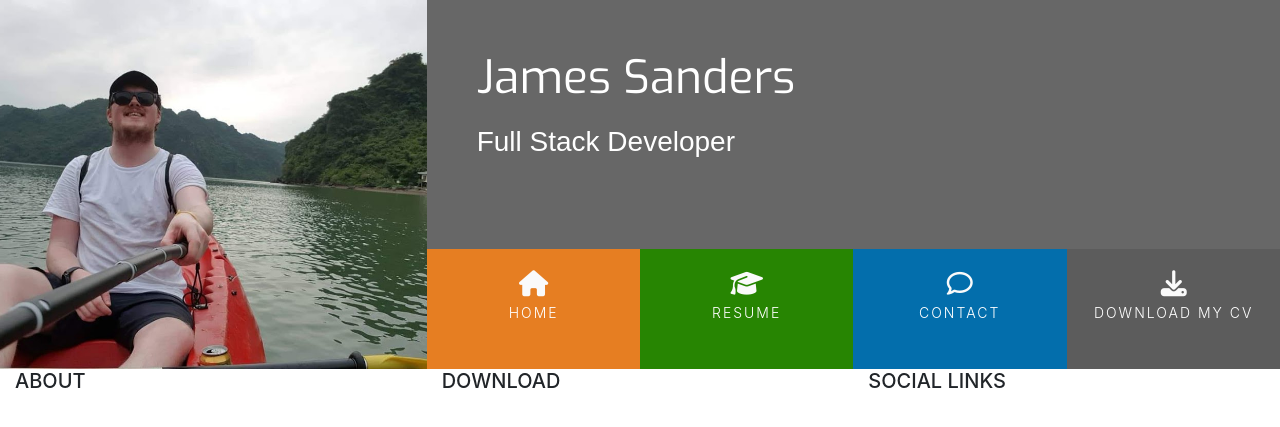
Repository: JaySanders95/my-online-resume
Page: index.html
The author's editor kept a copy of each file at every save. The page is drawn from the files as they stood at one save, then again after the next save.
The browser window is 1280 px wide. The pictures show the whole page.
Some web fonts or font styles are not loaded; a fallback is used. Some web libraries are served in a nearby version.

Above is the page before, as saved 2023-04-19 17:36:29.

### index.html
<!DOCTYPE html>
<html lang="en">
<head>
    <meta charset="UTF-8">
    <meta http-equiv="X-UA-Compatible" content="IE=edge">
    <meta name="viewport" content="width=device-width, initial-scale=1.0">
    <link rel="stylesheet" href="https://cdn.jsdelivr.net/npm/@fortawesome/fontawesome-free@6.2.1/css/fontawesome.min.css" integrity="sha384-QYIZto+st3yW+o8+5OHfT6S482Zsvz2WfOzpFSXMF9zqeLcFV0/wlZpMtyFcZALm" crossorigin="anonymous">
    <link rel="stylesheet" href="https://cdn.jsdelivr.net/npm/bootstrap@4.6.2/dist/css/bootstrap.min.css" integrity="sha384-xOolHFLEh07PJGoPkLv1IbcEPTNtaed2xpHsD9ESMhqIYd0nLMwNLD69Npy4HI+N" crossorigin="anonymous">
    <link rel="stylesheet" href="assets/css/style.css">
    <link rel="stylesheet" href="https://cdnjs.cloudflare.com/ajax/libs/hover.css/2.3.1/css/hover-min.css" integrity="sha512-csw0Ma4oXCAgd/d4nTcpoEoz4nYvvnk21a8VA2h2dzhPAvjbUIK6V3si7/g/HehwdunqqW18RwCJKpD7rL67Xg==" crossorigin="anonymous" referrerpolicy="no-referrer" />
    <title>James Sanders' Resume</title>
</head>
<body>
    <header>
        <div class="row no-gutters">
            <a href="index.html" class="col-md-4 logo">

            </a>
            <div class="col-md-8">
                <div class="row bg-color-name-title no-gutters">
                    <div class="col heading">
                        <h1 class="name">James Sanders</h1>
                        <h2 class="title">Full Stack Developer</h2>

                    </div>
                </div>
                <div class="row no-gutters">
                    <div class="col">
                        <ul id="nav" class="list-inline menucontainer">
                            <li class="col-6 col-sm-3 ui-menu-color-home list-inline-item menuitem">
                                <a href="#" class="hvr-bounce-to-bottom"><i class="fa fa-home" aria-hidden="true"></i><span>Home</span></a>
                            </li>
                            <li class="col-6 col-sm-3 ui-menu-color-resume list-inline-item menuitem">
                                <a href="#" class="hvr-bounce-to-bottom"><i class="fa fa-graduation-cap" aria-hidden="true"></i><span>Resume</span></a>
                            </li>
                            <li class="col-6 col-sm-3 ui-menu-color-contact list-inline-item menuitem">
                                <a href="#" class="hvr-bounce-to-bottom"><i class="fa fa-comment-o" aria-hidden="true"></i><span>Contact</span></a>
                            </li>
                            <li class="col-6 col-sm-3 ui-menu-color-download list-inline-item menuitem">
                                <a href="#" class="hvr-bounce-to-bottom"><i class="fa fa-download" aria-hidden="true"></i><span>Download my CV</span></a>
                            </li>
                        </ul>
                    </div>
                </div>
            </div>
        </div>
    </header>
    <section>

    </section>
    <footer class="container-fluid">
        <div class="row">
            <div class="col-sm-4">
                <h5 class="uppercase general-sub">About</h5>
            </div>
            <div class="col-sm-4">
                <h5 class="uppercase general-sub">Download</h5>
            </div>
            <div class="col-sm-4">
                <h5 class="uppercase general-sub">Social links</h5>
            </div>
        </div>

    </footer>
    <script src="https://kit.fontawesome.com/c80cd6a143.js" crossorigin="anonymous"></script>
</body>
</html>

### assets/css/style.css
@import url('https://fonts.googleapis.com/css2?family=Anuphan:100,200,300,400,500,600,700wght@300&family=Exo:100,200,300,400,500,600,700ital,wght@1,300&display=swap');


/* ------- Colours ---------*/

.bg-color-name-title {
    background-color:#676767;
}


.ui-menu-color-home {
    background-color: #e67e22;
}

.ui-menu-color-resume {
    background-color: #278502;
}

.ui-menu-color-contact {
    background-color: #036eac;
}

.ui-menu-color-download {
    background-color: #5c5c5c;
}

/* ------- Special paddings/margins/text ---------*/

h1,h2,h3,h4 {
    margin: 0;
}

.uppercase {
    text-transform: uppercase;
}

.general-sub {

}


/* ------- Headers ---------*/
header {
    margin: 0;
}

.heading {
    margin-left: 50px;
}

.logo {
    background: url(../images/me.png);
    background-position: center;
    background-repeat: no-repeat;
    background-size: cover;
    min-height: 360px;
    transition: all .5s ease-in-out;
    -moz-transition: all .5s ease-in-out;
    -webkit-transition: all .5s ease-in-out;
}

.name {
    font-family: 'Exo', sans-serif;
    font-weight: 100;
    font-size: 46px;
    margin-top: 50px;
    color: #fff;
}

.title {
    font-family: 'Anuphan', sans-serif;
    font-weight: 200;
    font-size: 28px;
    margin-top: 20px;
    margin-bottom: 90px;
    color: #fff;
}

.list-inline-item:not(:last-child) {
    margin: 0;
}

.menucontainer {
    font-size: 0;
}

#nav li {
    font-size: 14px;
    padding: 0;
}

#nav {
    margin: 0;
}

.menuitem {
    height: 120px;
    text-align: center;
    padding: 0;

}

.menuitem a {
    width: 100%;
    text-decoration: none;
    color: #fff;
    height: 120px;
}

.menuitem a i {
    display: block;
    padding-top: 22px;
    color: #fafafa;
    font-size: 26px;
}

.menuitem span {
    display: block;
    width: 100%;
    padding-top: 5px;
    text-align: center;
    text-transform: uppercase;
    font-size: 14px;
    font-weight: 300;
    letter-spacing: 2px;
}

/* ------- Hover.css ---------*/

.hvr-bounce-to-bottom:before {
    background: rgba(0, 0, 0, 0.3) !important;
    height: 120px;

}

After the next save:
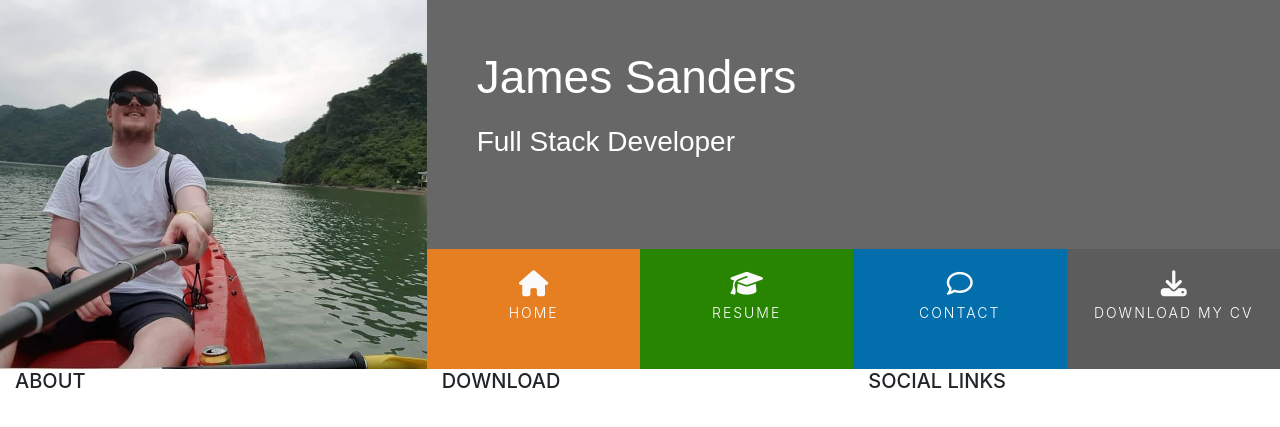
Saved 23 s later.
--- a/assets/css/style.css
+++ b/assets/css/style.css
@@ -60,7 +60,7 @@ header {
 }
 
 .name {
-    font-family: 'Exo', sans-serif;
+    font-family: 'Anuphan', sans-serif;
     font-weight: 100;
     font-size: 46px;
     margin-top: 50px;
